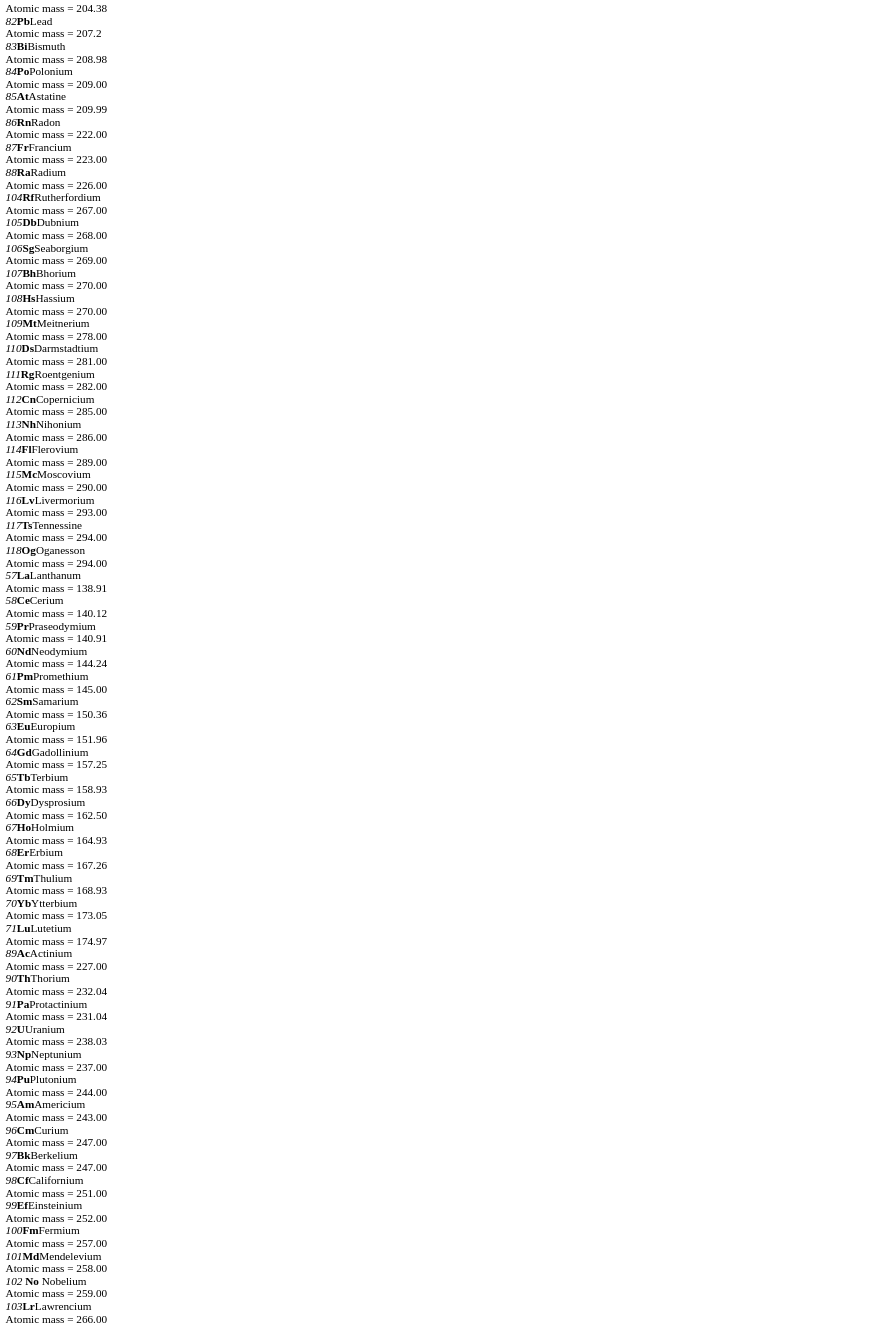
Repository: manayparikh1/Periodify
Page: index.html
These files come from the project's save history. The page is drawn as it stood at one moment and after the next save; the edit follows.
The browser window is 1280 px wide. The pictures show the part of the page from y = 2698 to 4618 px (the page is 4600 px tall before and 4618 px after), at 70% of full size.

Above is the page before, as saved 2026-10-16 22:29:33.

### index.html
<!DOCTYPE html>
<html lang="en">

<head>
    <meta charset="UTF-8">
    <meta name="viewport" content="width=device-width, initial-scale=1.0">
    <title>Periodify</title>
</head>

<body>
    <!-- === HTML STARTS here===-->
    <header>
        <h1>Period<span>ify</span></h1>
        <p>Hover (or tap) an element and you can hover over the legend to isolate that specific group.</p>
    </header>
    <!-- === Legend === -->
    <ul class="legend">
        <li class="k-ak" style="--c: var(--ak);">Alkali metals</li>
        <li class="k-ae" style="--c: var(--ae);">Alkaline earth metals</li>
        <li class="k-tm" style="--c: var(--tm);">Transition metals</li>
        <li class="k-pt" style="--c: var(--pt);">Post-transition metals</li>
        <li class="k-md" style="--c: var(--md);">Metalloids</li>
        <li class="k-nm" style="--c: var(--nm);">Nonmetals</li>
        <li class="k-hg" style="--c: var(--hg);">Halogens</li>
        <li class="k-hl" style="--c: var(--hl);">Noble gases</li>
        <li class="k-la" style="--c: var(--la);">Lanthanides</li>
        <li class="k-ac" style="--c: var(--ac);">Actinides</li>
    </ul>
    <p class="hint">If you are on a phone swipe the table to the side so you can see properly.</p>
    <div class="scroll">
        <div class="table">

            <!-- The first period -->
            <div class="el nm" tabindex="0"><i>1</i><b>H</b><span>Hydrogen<br>Atomic mass = 1.008</span></div>
            <div class="gap" style="--n:16"></div>
            <!-- Gives a 16 element gap because hydron and helium are not in the same column -->
            <div class="el ng" tabindex="0"><i>2</i><b>He</b><span>Helium<br>Atomic mass = 4.003</span></div>
            <!-- The second period -->
            <div class="el ak" tabindex="0"><i>3</i><b>Li</b><span>Lithium<br>Atomic mass = 6.94</span></div>
            <div class="el ae" tabindex="0"><i>4</i><b>Be</b><span>Beryllium<br>Atomic mass = 9.012</span></div>
            <div class="gap" style="--n:10"></div>
            <div class="el md" tabindex="0"><i>5</i><b>B</b><span>Boron<br>Atomic mass = 10.81</span></div>
            <div class="el nm" tabindex="0"><i>6</i><b>C</b><span>Carbon<br>Atomic mass = 12.01</span></div>
            <div class="el nm" tabindex="0"><i>7</i><b>N</b><span>Nitrogen<br>Atomic mass = 14.01</span></div>
            <div class="el nm" tabindex="0"><i>8</i><b>O</b><span>Oxygen<br>Atomic mass = 16.00</span></div>
            <div class="el hg" tabindex="0"><i>9</i><b>F</b><span>Fluorine<br>Atomic mass = 19.00</span></div>
            <div class="el ng" tabindex="0"><i>10</i><b>Ne</b><span>Neon<br>Atomic mass = 20.18</span></div>
            <!-- The third period -->
            <div class="el ak" tabindex="0"><i>11</i><b>Na</b><span>Sodium<br>Atomic mass = 22.99</span></div>
            <div class="el ae" tabindex="0"><i>12</i><b>Mg</b><span>Magnesium<br>Atomic mass = 24.31</span></div>
            <div class="gap" style="--n:10"></div>
            <div class="el md" tabindex="0"><i>13</i><b>Al</b><span>Aluminum<br>Atomic mass = 26.98</span></div>
            <div class="el nm" tabindex="0"><i>14</i><b>Si</b><span>Silicon<br>Atomic mass = 28.09</span></div>
            <div class="el nm" tabindex="0"><i>15</i><b>P</b><span>Phosphorus<br>Atomic mass = 30.97</span></div>
            <div class="el nm" tabindex="0"><i>16</i><b>S</b><span>Sulfur<br>Atomic mass = 32.06</span></div>
            <div class="el hg" tabindex="0"><i>17</i><b>Cl</b><span>Chlorine<br>Atomic mass = 35.45</span></div>
            <div class="el ng" tabindex="0"><i>18</i><b>Ar</b><span>Argon<br>Atomic mass = 39.95</span></div>
            <!-- the fourth period -->
            <div class="el ak" tabindex="0"><i>19</i><b>K</b><span>Potassium<br>Atomic mass = 39.09</span></div>
            <div class="el ae" tabindex="0"><i>20</i><b>Ca</b><span>Calcium<br>Atomic mass = 40.08</span></div>
            <div class="el tm" tabindex="0"><i>21</i><b>Sc</b><span>Scandium<br>Atomic mass = 44.96</span></div>
            <div class="el tm" tabindex="0"><i>22</i><b>Ti</b><span>Titanium<br>Atomic mass = 47.87</span></div>
            <div class="el tm" tabindex="0"><i>23</i><b>V</b><span>Vanadium<br>Atomic mass = 50.94</span></div>
            <div class="el tm" tabindex="0"><i>24</i><b>Cr</b><span>Chromium<br>Atomic mass = 52.00</span></div>
            <div class="el tm" tabindex="0"><i>25</i><b>Mn</b><span>Manganese<br>Atomic mass = 54.94</span></div>
            <div class="el tm" tabindex="0"><i>26</i><b>Fe</b><span>Iron<br>Atomic mass = 55.85</span></div>
            <div class="el tm" tabindex="0"><i>27</i><b>Co</b><span>Cobalt<br>Atomic mass = 58.93</span></div>
            <div class="el tm" tabindex="0"><i>28</i><b>Ni</b><span>Nickel<br>Atomic mass = 58.69</span></div>
            <div class="el tm" tabindex="0"><i>29</i><b>Cu</b><span>Copper<br>Atomic mass = 63.55</span></div>
            <div class="el tm" tabindex="0"><i>30</i><b>Zn</b><span>Zinc<br>Atomic mass = 65.38</span></div>
            <div class="el pt" tabindex="0"><i>31</i><b>Ga</b><span>Gallium<br>Atomic mass = 69.72</span></div>
            <div class="el md" tabindex="0"><i>32</i><b>Ge</b><span>Germanium<br>Atomic mass = 72.63</span></div>
            <div class="el md" tabindex="0"><i>33</i><b>As</b><span>Arsenic<br>Atomic mass = 74.92</span></div>
            <div class="el nm" tabindex="0"><i>34</i><b>Se</b><span>Selenium<br>Atomic mass = 78.96</span></div>
            <div class="el hg" tabindex="0"><i>35</i><b>Br</b><span>Bromine<br>Atomic mass = 79.90</span></div>
            <div class="el ng" tabindex="0"><i>36</i><b>Kr</b><span>Krypton<br>Atomic mass = 83.80</span></div>
            <!-- the fifth period -->
            <div class="el ak" tabindex="0"><i>37</i><b>Rb</b><span>Rubidium<br>Atomic mass = 85.47</span></div>
            <div class="el ae" tabindex="0"><i>38</i><b>Sr</b><span>Strontium<br>Atomic mass = 87.62</span></div>
            <div class="el tm" tabindex="0"><i>38</i><b>Y</b><span>Yttrium<br>Atomic mass = 88.91</span></div>
            <div class="el tm" tabindex="0"><i>39</i><b>Zr</b><span>Zirconium<br>Atomic mass = 91.22</span></div>
            <div class="el tm" tabindex="0"><i>40</i><b>Nb</b><span>Niobium<br>Atomic mass = 92.91</span></div>
            <div class="el tm" tabindex="0"><i>41</i><b>Mo</b><span>Molybdenum<br>Atomic mass = 95.95</span></div>
            <div class="el tm" tabindex="0"><i>42</i><b>Tc</b><span>Technetium<br>Atomic mass = 98.00</span></div>
            <div class="el tm" tabindex="0"><i>43</i><b>Ru</b><span>Ruthenium<br>Atomic mass = 101.07</span></div>
            <div class="el tm" tabindex="0"><i>44</i><b>Rh</b><span>Rhodium<br>Atomic mass = 102.91</span></div>
            <div class="el tm" tabindex="0"><i>45</i><b>Pd</b><span>Palladium<br>Atomic mass = 106.42</span></div>
            <div class="el tm" tabindex="0"><i>46</i><b>Ag</b><span>Silver<br>Atomic mass = 107.87</span></div>
            <div class="el tm" tabindex="0"><i>47</i><b>Cd</b><span>Cadmium<br>Atomic mass = 112.41</span></div>
            <div class="el pt" tabindex="0"><i>49</i><b>In</b><span>Indium<br>Atomic mass = 114.82</span></div>
            <div class="el pt" tabindex="0"><i>50</i><b>Sn</b><span>Tin<br>Atomic mass = 118.71</span></div>
            <div class="el md" tabindex="0"><i>51</i><b>Sb</b><span>Antimony<br>Atomic mass = 121.76</span></div>
            <div class="el md" tabindex="0"><i>52</i><b>Te</b><span>Tellurium<br>Atomic mass = 127.60</span></div>
            <div class="el hg" tabindex="0"><i>53</i><b>I</b><span>Iodine<br>Atomic mass = 126.90</span></div>
            <div class="el ng" tabindex="0"><i>54</i><b>Xe</b><span>Xenon<br>Atomic mass = 131.29</span></div>
            <!-- the sixth period -->
            <div class="el ak" tabindex="0"><i>55</i><b>Cs</b><span>Caesium<br>Atomic mass = 132.91</span></div>
            <div class="el ae" tabindex="0"><i>56</i><b>Ba</b><span>Barium<br>Atomic mass = 137.33</span></div>
            <!-- this is the gap for the lanthanoids  group (goes to hafnium straight)-->
            <div class="gap" style="--n:1"></div>
            <div class="el tm" tabindex="0"><i>72</i><b>Hf</b><span>Hafnium<br>Atomic mass = 178.49</span></div>
            <div class="el tm" tabindex="0"><i>73</i><b>Ta</b><span>Tantalum<br>Atomic mass = 180.95</span></div>
            <div class="el tm" tabindex="0"><i>74</i><b>Tungsten</b><span>Tungsten<br>Atomic mass = 183.84</span></div>
            <div class="el tm" tabindex="0"><i>75</i><b>Re</b><span>Rhenium<br>Atomic mass = 186.21</span></div>
            <div class="el tm" tabindex="0"><i>76</i><b>Os</b><span>Osmium<br>Atomic mass = 190.23</span></div>
            <div class="el tm" tabindex="0"><i>77</i><b>Ir</b><span>Iridium<br>Atomic mass = 192.22</span></div>
            <div class="el tm" tabindex="0"><i>78</i><b>Pt</b><span>Platinum<br>Atomic mass = 195.08</span></div>
            <div class="el tm" tabindex="0"><i>79</i><b>Au</b><span>Gold<br>Atomic mass = 196.97</span></div>
            <div class="el tm" tabindex="0"><i>80</i><b>Hg</b><span>Mercury<br>Atomic mass = 200.59</span></div>
            <div class="el pt" tabindex="0"><i>81</i><b>Tl</b><span>Thallium<br>Atomic mass = 204.38</span></div>
            <div class="el pt" tabindex="0"><i>82</i><b>Pb</b><span>Lead<br>Atomic mass = 207.2</span></div>
            <div class="el pt" tabindex="0"><i>83</i><b>Bi</b><span>Bismuth<br>Atomic mass = 208.98</span></div>
            <div class="el md" tabindex="0"><i>84</i><b>Po</b><span>Polonium<br>Atomic mass = 209.00</span></div>
            <div class="el hg" tabindex="0"><i>85</i><b>At</b><span>Astatine<br>Atomic mass = 209.99</span></div>
            <div class="el ng" tabindex="0"><i>86</i><b>Rn</b><span>Radon<br>Atomic mass = 222.00</span></div>
            <!-- the seventh period -->
            <div class="el ak" tabindex="0"><i>87</i><b>Fr</b><span>Francium<br>Atomic mass = 223.00</span></div>
            <div class="el ae" tabindex="0"><i>88</i><b>Ra</b><span>Radium<br>Atomic mass = 226.00</span></div>
            <!-- this gap is the space for the Actinide block -->
            <div class="gap" style="--n:1"></div>
            <div class="el tm" tabindex="0"><i>104</i><b>Rf</b><span>Rutherfordium<br>Atomic mass = 267.00</span></div>
            <div class="el tm" tabindex="0"><i>105</i><b>Db</b><span>Dubnium<br>Atomic mass = 268.00</span></div>
            <div class="el tm" tabindex="0"><i>106</i><b>Sg</b><span>Seaborgium<br>Atomic mass = 269.00</span></div>
            <div class="el tm" tabindex="0"><i>107</i><b>Bh</b><span>Bhorium<br>Atomic mass = 270.00</span></div>
            <div class="el tm" tabindex="0"><i>108</i><b>Hs</b><span>Hassium<br>Atomic mass = 270.00</span></div>
            <div class="el tm" tabindex="0"><i>109</i><b>Mt</b><span>Meitnerium<br>Atomic mass = 278.00</span></div>
            <div class="el tm" tabindex="0"><i>110</i><b>Ds</b><span>Darmstadtium<br>Atomic mass = 281.00</span></div>
            <div class="el tm" tabindex="0"><i>111</i><b>Rg</b><span>Roentgenium<br>Atomic mass = 282.00</span></div>
            <div class="el tm" tabindex="0"><i>112</i><b>Cn</b><span>Copernicium<br>Atomic mass = 285.00</span></div>
            <div class="el pt" tabindex="0"><i>113</i><b>Nh</b><span>Nihonium<br>Atomic mass = 286.00</span></div>
            <div class="el pt" tabindex="0"><i>114</i><b>Fl</b><span>Flerovium<br>Atomic mass = 289.00</span></div>
            <div class="el pt" tabindex="0"><i>115</i><b>Mc</b><span>Moscovium<br>Atomic mass = 290.00</span></div>
            <div class="el pt" tabindex="0"><i>116</i><b>Lv</b><span>Livermorium<br>Atomic mass = 293.00</span></div>
            <div class="el hg" tabindex="0"><i>117</i><b>Ts</b><span>Tennessine<br>Atomic mass = 294.00</span></div>
            <div class="el hg" tabindex="0"><i>118</i><b>Og</b><span>Oganesson<br>Atomic mass = 294.00</span></div>
            <!-- the lanthanoids -->
            <div class="gap" style="--n:2"></div>
            <div class="el la" tabindex="0"><i>57</i><b>La</b><span>Lanthanum<br>Atomic mass = 138.91</span></div>
            <div class="el la" tabindex="0"><i>58</i><b>Ce</b><span>Cerium<br>Atomic mass = 140.12</span></div>
            <div class="el la" tabindex="0"><i>59</i><b>Pr</b><span>Praseodymium<br>Atomic mass = 140.91</span></div>
            <div class="el la" tabindex="0"><i>60</i><b>Nd</b><span>Neodymium<br>Atomic mass = 144.24</span></div>
            <div class="el la" tabindex="0"><i>61</i><b>Pm</b><span>Promethium<br>Atomic mass = 145.00</span></div>
            <div class="el la" tabindex="0"><i>62</i><b>Sm</b><span>Samarium<br>Atomic mass = 150.36</span></div>
            <div class="el la" tabindex="0"><i>63</i><b>Eu</b><span>Europium<br>Atomic mass = 151.96</span></div>
            <div class="el la" tabindex="0"><i>64</i><b>Gd</b><span>Gadollinium<br>Atomic mass = 157.25</span></div>
            <div class="el la" tabindex="0"><i>65</i><b>Tb</b><span>Terbium<br>Atomic mass = 158.93</span></div>
            <div class="el la" tabindex="0"><i>66</i><b>Dy</b><span>Dysprosium<br>Atomic mass = 162.50</span></div>
            <div class="el la" tabindex="0"><i>67</i><b>Ho</b><span>Holmium<br>Atomic mass = 164.93</span></div>
            <div class="el la" tabindex="0"><i>68</i><b>Er</b><span>Erbium<br>Atomic mass = 167.26</span></div>
            <div class="el la" tabindex="0"><i>69</i><b>Tm</b><span>Thulium<br>Atomic mass = 168.93</span></div>
            <div class="el la" tabindex="0"><i>70</i><b>Yb</b><span>Ytterbium<br>Atomic mass = 173.05</span></div>
            <div class="el la" tabindex="0"><i>71</i><b>Lu</b><span>Lutetium<br>Atomic mass = 174.97</span></div>
            <div class="gap" style="--n:1"></div>

            <!-- the actinides section -->
            <div class="gap" style="--n:2"></div>
            <div class="el ac" tabindex="0"><i>89</i><b>Ac</b><span>Actinium<br>Atomic mass = 227.00</span></div>
            <div class="el ac" tabindex="0"><i>90</i><b>Th</b><span>Thorium<br>Atomic mass = 232.04</span></div>
            <div class="el ac" tabindex="0"><i>91</i><b>Pa</b><span>Protactinium<br>Atomic mass = 231.04</span></div>
            <div class="el ac" tabindex="0"><i>92</i><b>U</b><span>Uranium<br>Atomic mass = 238.03</span></div>
            <div class="el ac" tabindex="0"><i>93</i><b>Np</b><span>Neptunium<br>Atomic mass = 237.00</span></div>
            <div class="el ac" tabindex="0"><i>94</i><b>Pu</b><span>Plutonium<br>Atomic mass = 244.00</span></div>
            <div class="el ac" tabindex="0"><i>95</i><b>Am</b><span>Americium<br>Atomic mass = 243.00</span></div>
            <div class="el ac" tabindex="0"><i>96</i><b>Cm</b><span>Curium<br>Atomic mass = 247.00</span></div>
            <div class="el ac" tabindex="0"><i>97</i><b>Bk</b><span>Berkelium<br>Atomic mass = 247.00</span></div>
            <div class="el ac" tabindex="0"><i>98</i><b>Cf</b><span>Californium<br>Atomic mass = 251.00</span></div>
            <div class="el ac" tabindex="0"><i>99</i><b>Ef</b><span>Einsteinium<br>Atomic mass = 252.00</span></div>
            <div class="el ac" tabindex="0"><i>100</i><b>Fm</b><span>Fermium<br>Atomic mass = 257.00</span></div>
            <div class="el ac" tabindex="0"><i>101</i><b>Md</b><span>Mendelevium<br>Atomic mass = 258.00</span></div>
            <div class="el ac" tabindex="0"><i>102 </i><b>No </b><span>Nobelium<br>Atomic mass = 259.00</span></div>
            <div class="el ac" tabindex="0"><i>103</i><b>Lr</b><span>Lawrencium<br>Atomic mass = 266.00</span></div>
            <div class="gap" style="--n:1"></div>
        </div>
    </div>

After the next save:
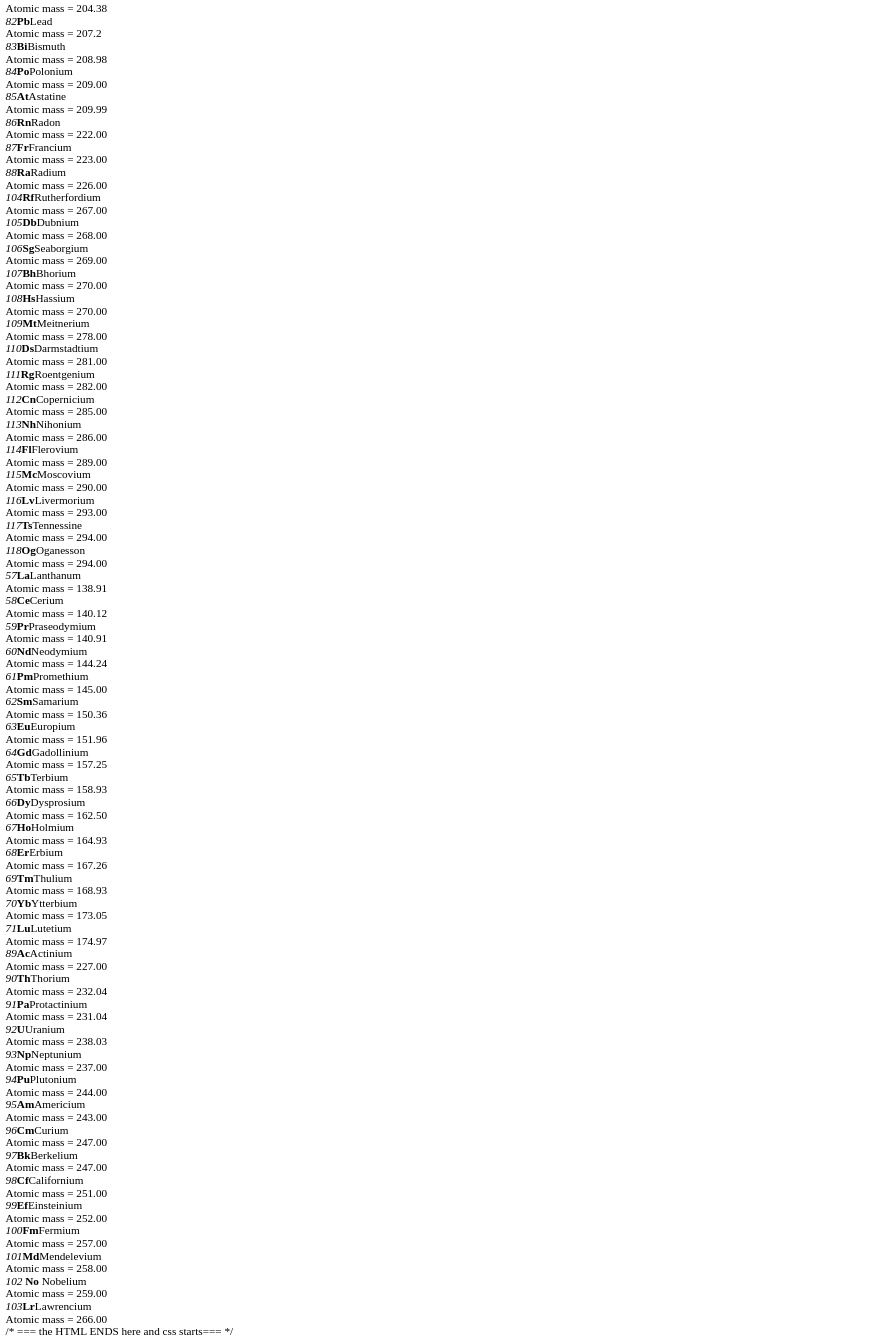
Saved 39 h 20 min later.
--- a/index.html
+++ b/index.html
@@ -172,3 +172,16 @@
             <div class="gap" style="--n:1"></div>
         </div>
     </div>
+
+    /* === the HTML ENDS here and css starts=== */
+    <style>
+        :root {
+            --colouring: #341836;
+            --main: #5e5468;
+
+            --ak: #fc8760;
+            --ae: #e7c063;
+            --tm: #73d073;
+
+        }
+    </style>
